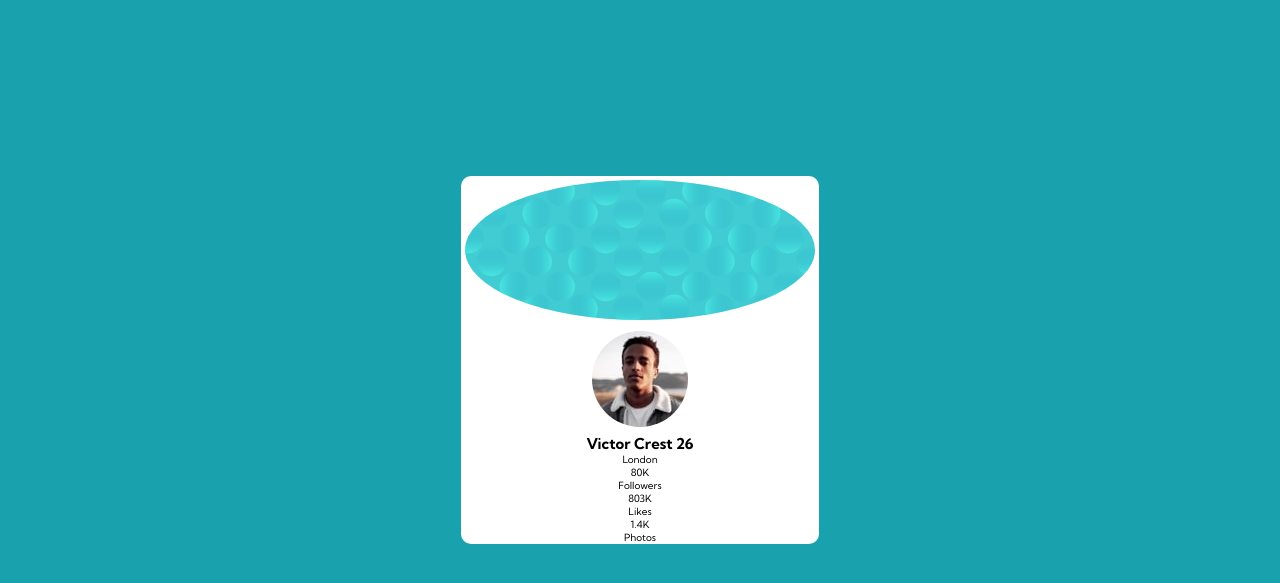
Repository: thaibaocoder1/profile-card-component-main
Page: index.html
These files come from the project's save history. The page is drawn as it stood at one moment and after the next save; the edit follows.
The browser window is 1280 px wide. The pictures show the whole page.

Above is the page before, as saved 2023-01-11 13:49:39.

After the next save:
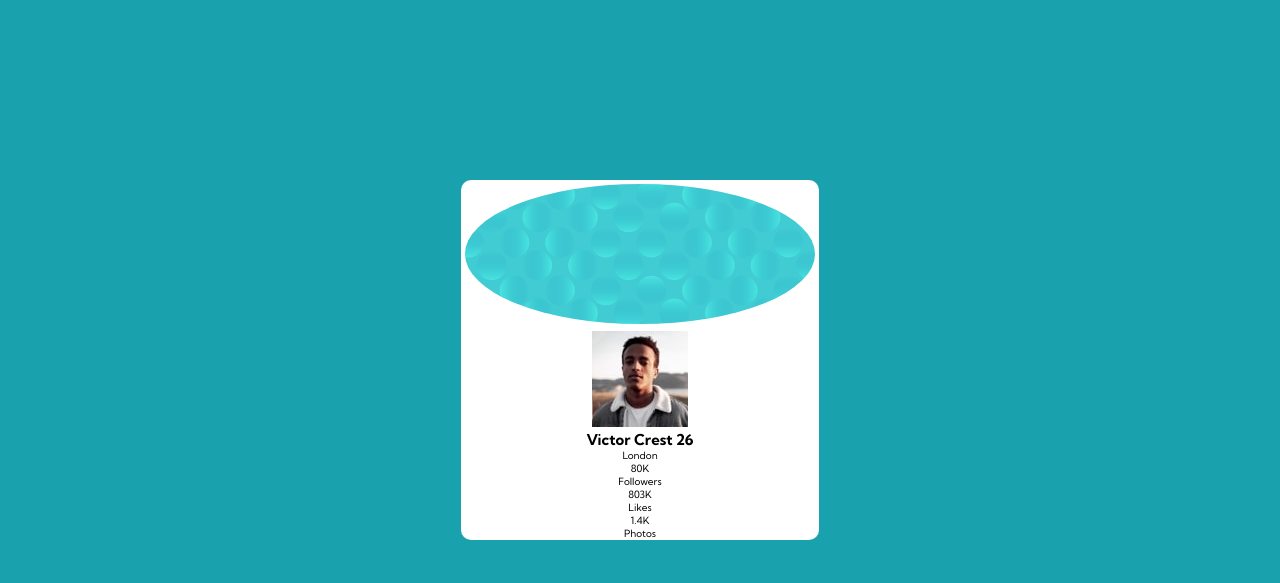
Saved 8 s later.
--- a/style.css
+++ b/style.css
@@ -36,7 +36,7 @@ body {
     overflow: hidden;
     margin: 1rem;
 }
-.card__wrapper img {
+.card__wrapper > img {
     /* width: 10rem;
     height: 10rem; */
     border-radius: 50%;
